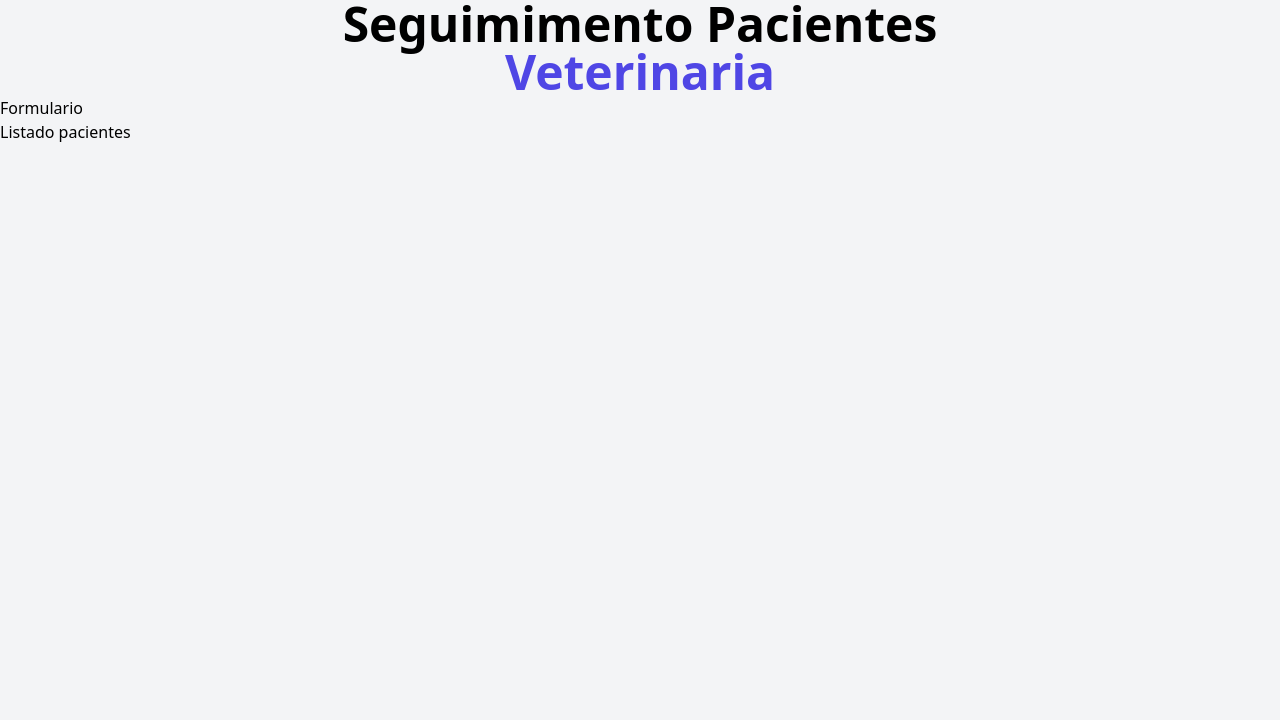
Repository: rlaureano/citas_react
Page: /
The author's editor kept a copy of each file at every save. The page is drawn from the files as they stood at one save, then again after the next save.
The browser window is 1280 px wide. The pictures show the whole page.
The project was rebuilt for these pictures with package versions that can differ from the ones it lists, and the page was loaded fresh each time. Also part of the build but not shown: vite.config.js.

Above is the page before, as saved 2022-01-11 21:38:25.

After the next save:
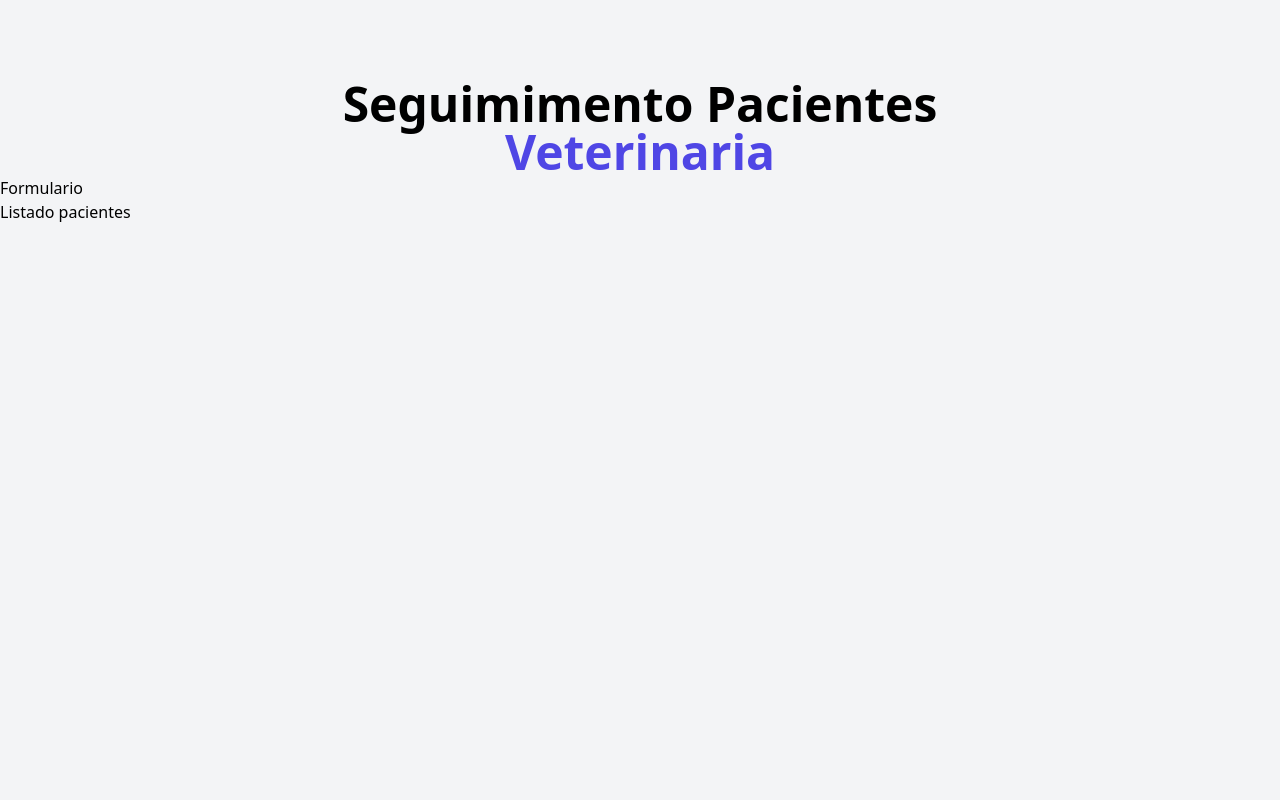
Saved 55 s later.
--- a/src/App.jsx
+++ b/src/App.jsx
@@ -5,10 +5,10 @@ import ListadoPacientes from "./components/ListadoPacientes"
 function App() {
 
   return (
-    <div className="container mx-auto">
-      <Header />
-      <Formulario />
-      <ListadoPacientes />
+    <div className="container mx-auto mt-20">
+      <Header  />
+      <Formulario className="w-1/2" />
+      <ListadoPacientes className="w-1/2" />
     </div>
   )
 }
